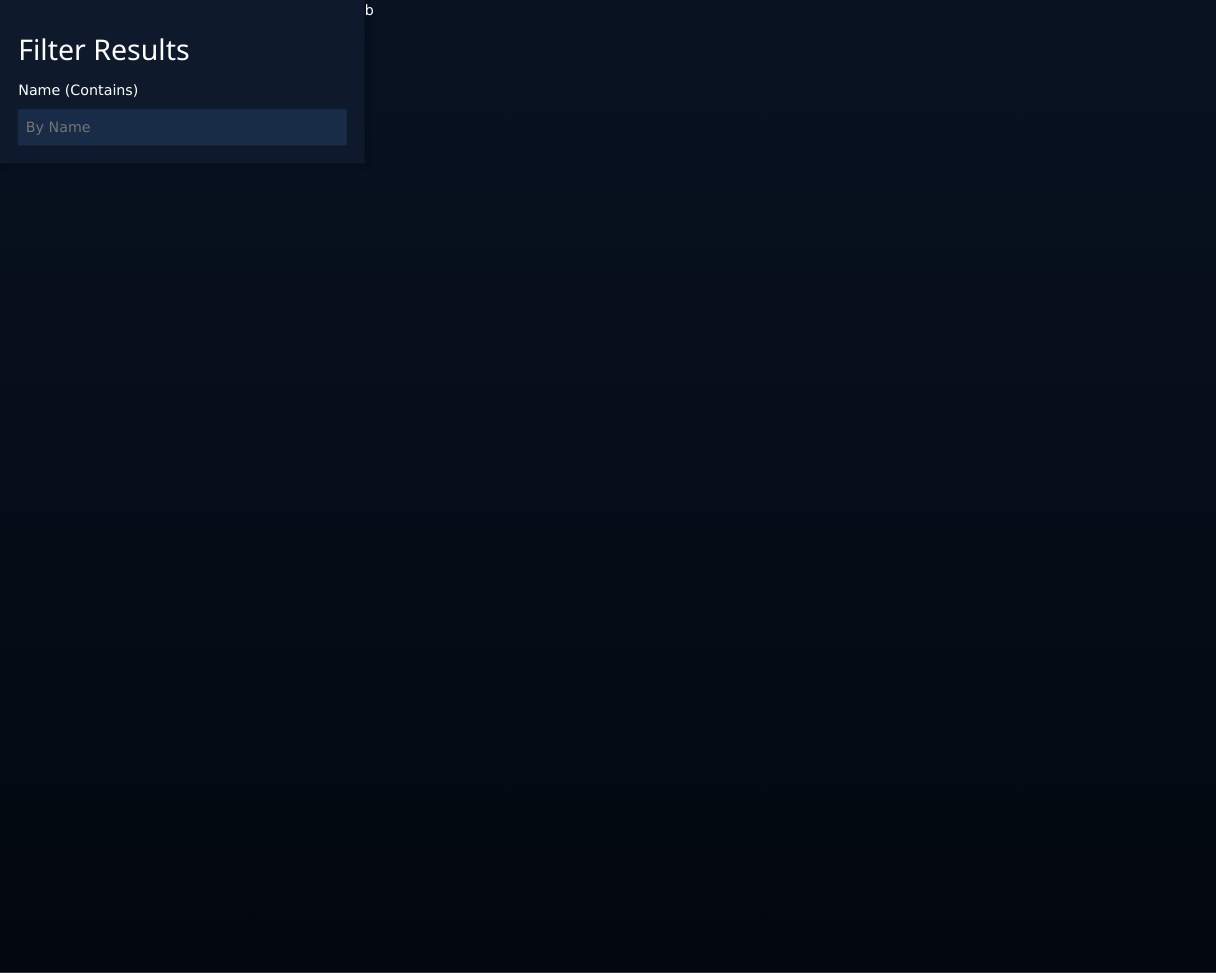
Repository: seyicoded/testestech
Page: /
An editor plug-in stored every save of this project. The page is shown before and after the next save, followed by the edit.
The browser window is 1280 px wide. The pictures show the whole page, at 95% of full size.
The project was rebuilt for these pictures with package versions that can differ from the ones it lists, and the page was loaded fresh each time.

Above is the page before, as saved 2022-02-07 13:46:05.

### src/App.js
import logo from './logo.svg';
import './App.css';
import './w3.css';

function App() {
  return (
    <div className="App">
      <div className="Container">

        <div className='left'>
          <div className='card w3-card-2'>
            <h2>Filter Results</h2>

            <div className='content'>
              <label className='w3-label'>Name (Contains)</label>
              <br />
              <input className='w3-input' placeholder='By Name'/>
            </div>
          </div>
        </div>

        <div className='right'>
          b
        </div>

      </div>
    </div>
  );
}

export default App;

### src/App.css
.App {
  width: 100%;
  height: 100%;
  flex: 1;
}

/* .App-logo {
  height: 40vmin;
  pointer-events: none;
} */

/* @media (prefers-reduced-motion: no-preference) {
  .App-logo {
    animation: App-logo-spin infinite 20s linear;
  }
} */

/* .App-header {
  background-color: #282c34;
  min-height: 100vh;
  display: flex;
  flex-direction: column;
  align-items: center;
  justify-content: center;
  font-size: calc(10px + 2vmin);
  color: white;
} */

.App-link {
  color: #61dafb;
}

@keyframes App-logo-spin {
  from {
    transform: rotate(0deg);
  }
  to {
    transform: rotate(360deg);
  }
}

.Container{
  display: flex;
  flex: 1;
  height: 1024px;
  max-height: 100%;
  width: 100%;
  flex-direction: row;
  /* background: Vertical linear-gradient #081221 to #03080f; */
  background: linear-gradient(#081221, #03080f);
  padding: 15;
  color: white;
}

.Container .left{
  width: 30%;
  height: 100%;
}

.Container .right{
  flex: 1;
  height: 100%;
}

.Container .left .card{
  padding: 40;
  padding: 5%;
  background: #0e1a2b;
}
.Container .left .card .content{
  display: block;
  text-align: left;
}
.Container .left .card input {
  background: #182c47;
  border-bottom: none;
  margin-top: 8px;
}

Loaded but not shown: public/index.html (common file); src/index.js (common file); src/index.css (common file); src/reportWebVitals.js (common file); src/w3.css (library)

After the next save:
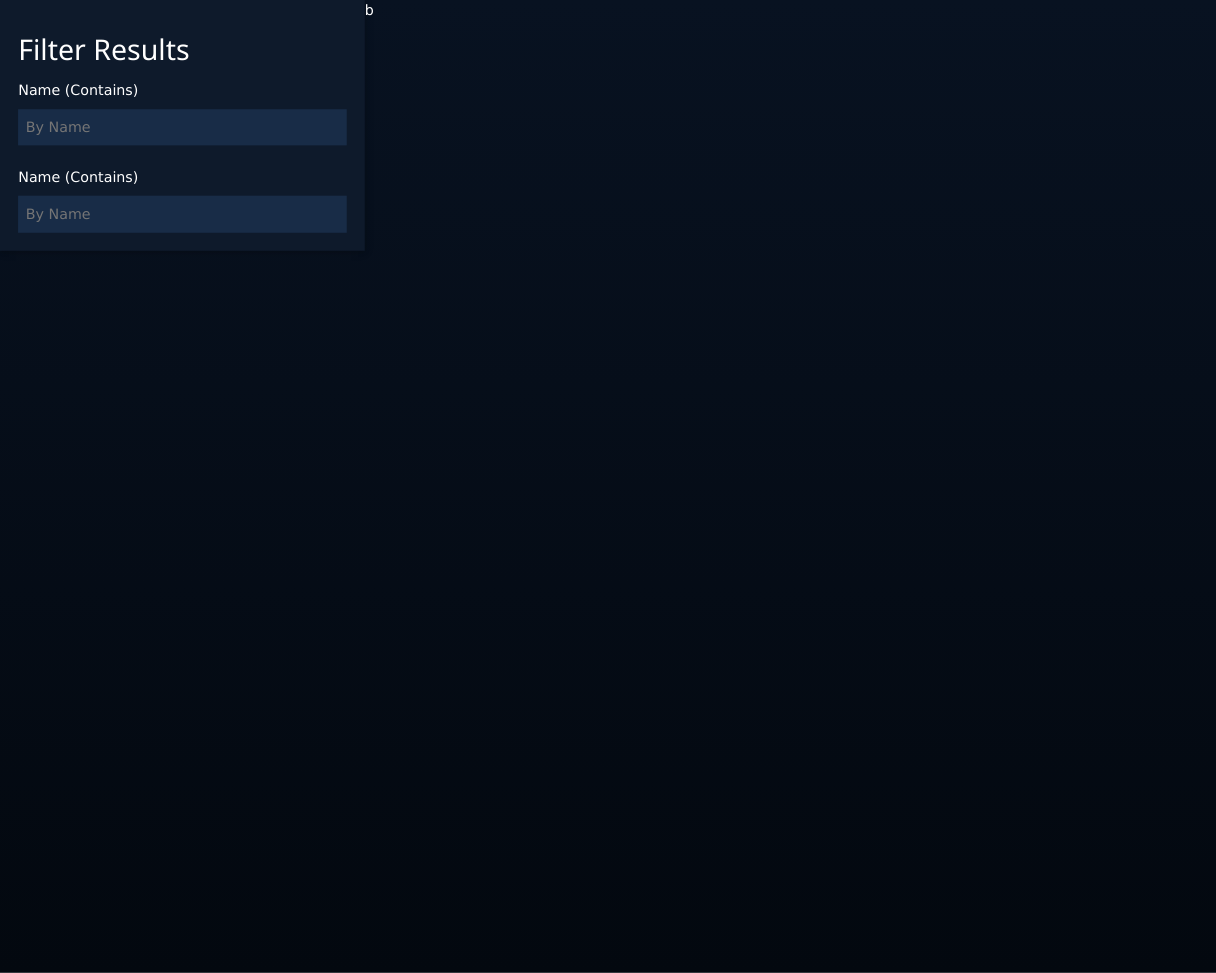
Saved 30 s later.
--- a/src/App.js
+++ b/src/App.js
@@ -10,6 +10,14 @@ function App() {
         <div className='left'>
           <div className='card w3-card-2'>
             <h2>Filter Results</h2>
+
+            <div className='content'>
+              <label className='w3-label'>Name (Contains)</label>
+              <br />
+              <input className='w3-input' placeholder='By Name'/>
+            </div>
+
+            <br />
 
             <div className='content'>
               <label className='w3-label'>Name (Contains)</label>
